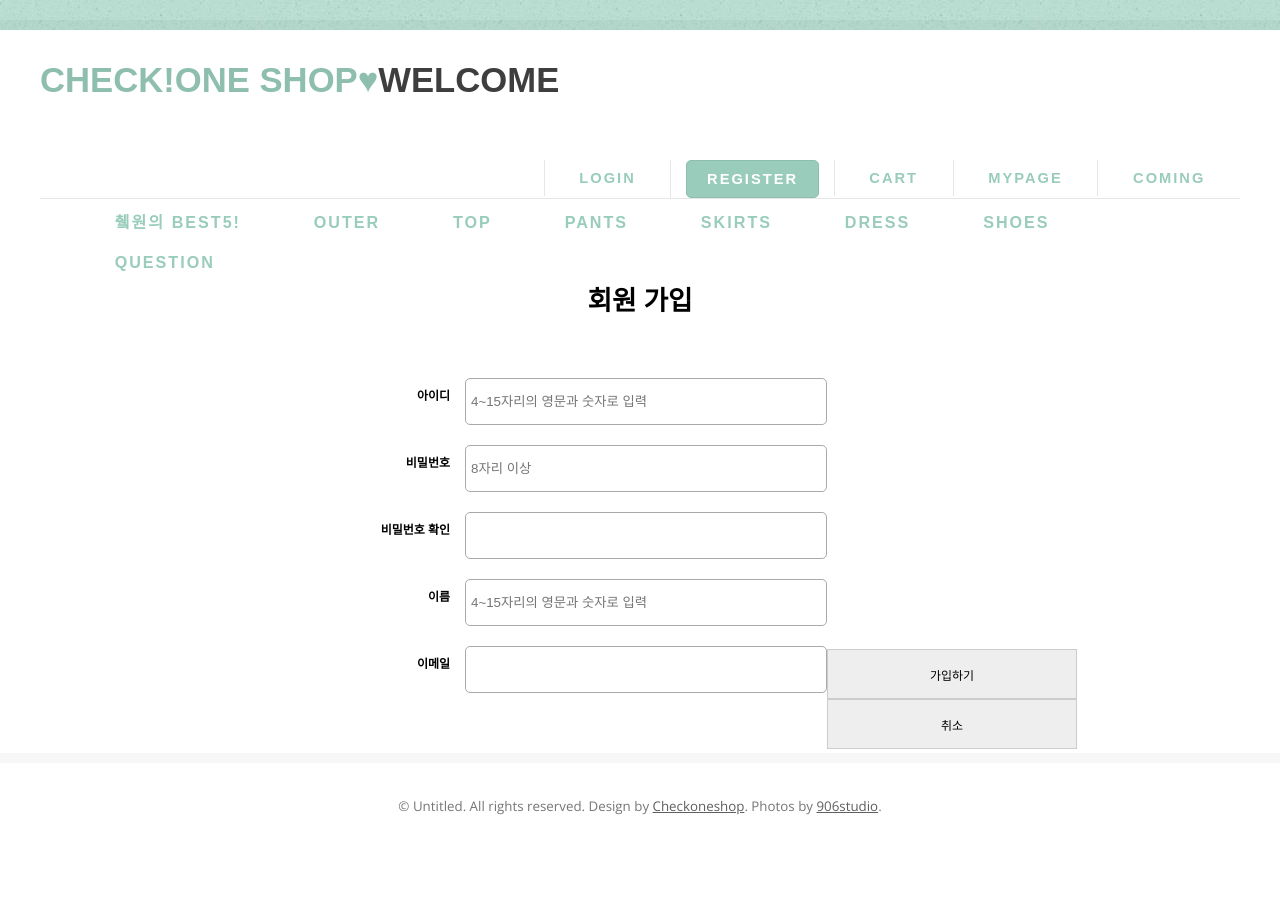
Repository: kch9870/CheckOneShoppingmall
Page: http://localhost/Shoppingmall/Register.jsp
The author's editor kept a copy of each file at every save. The page is drawn from the files as they stood at one save, then again after the next save.
The browser window is 1280 px wide. The pictures show the whole page.
Some web fonts or font styles are not loaded; a fallback is used. The page is served by Tomcat 9.

Above is the page before, as saved 2019-06-05 11:26:30.

After the next save:
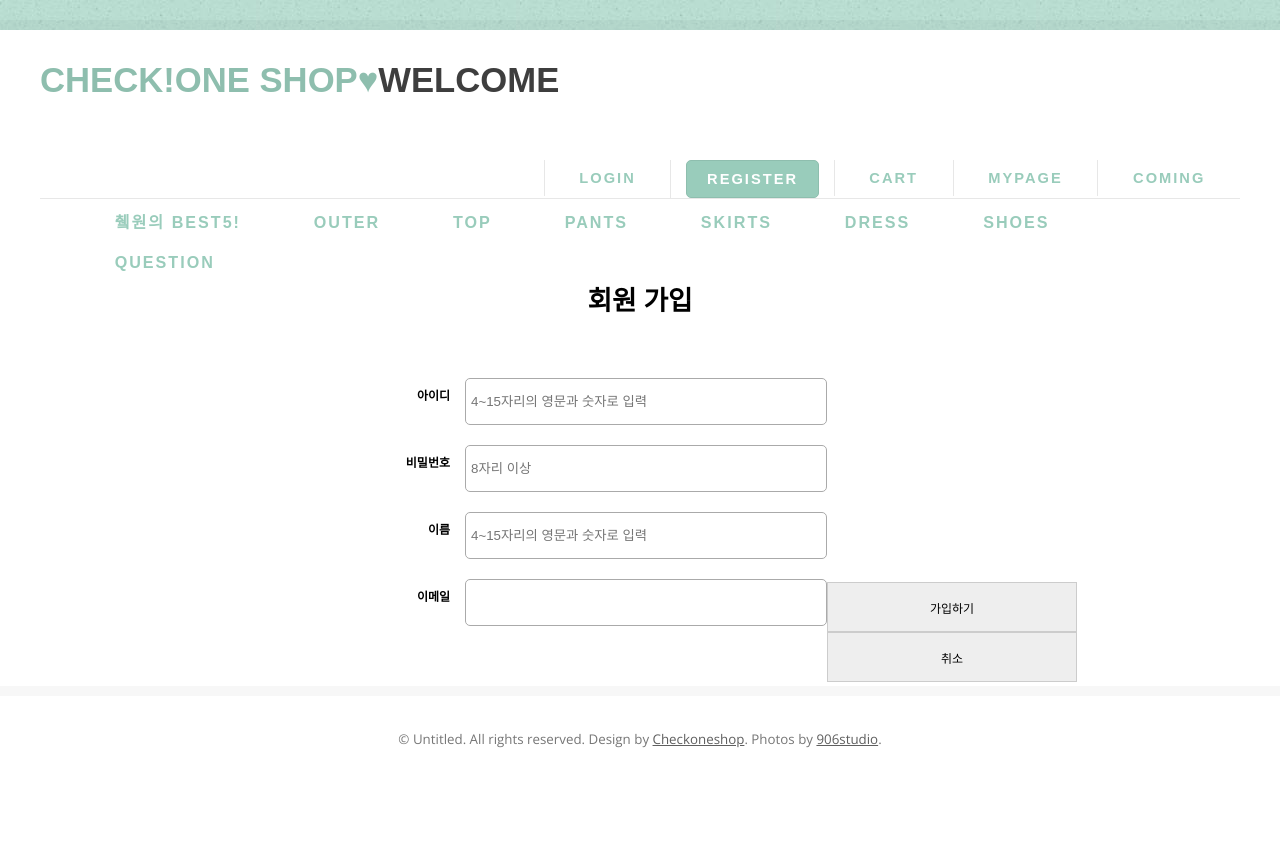
Saved 8 s later.
--- a/Shoppingmall/WebContent/Register.jsp
+++ b/Shoppingmall/WebContent/Register.jsp
@@ -99,10 +99,6 @@
 						<input type="password" id="user-pw1" placeholder="8자리 이상" required onchange="checkPw()">
 					</li>
 					<li>
-						<label for="user-pw2" class="field">비밀번호 확인</label>
-						<input type="password" id="user-pw2" required onchange="comparePw()">
-					</li>
-					<li>
 						<label for="name" class="field">이름</label>
 						<input type="text" id="name" placeholder="4~15자리의 영문과 숫자로 입력" required onchange="checkId()">
 					</li>
